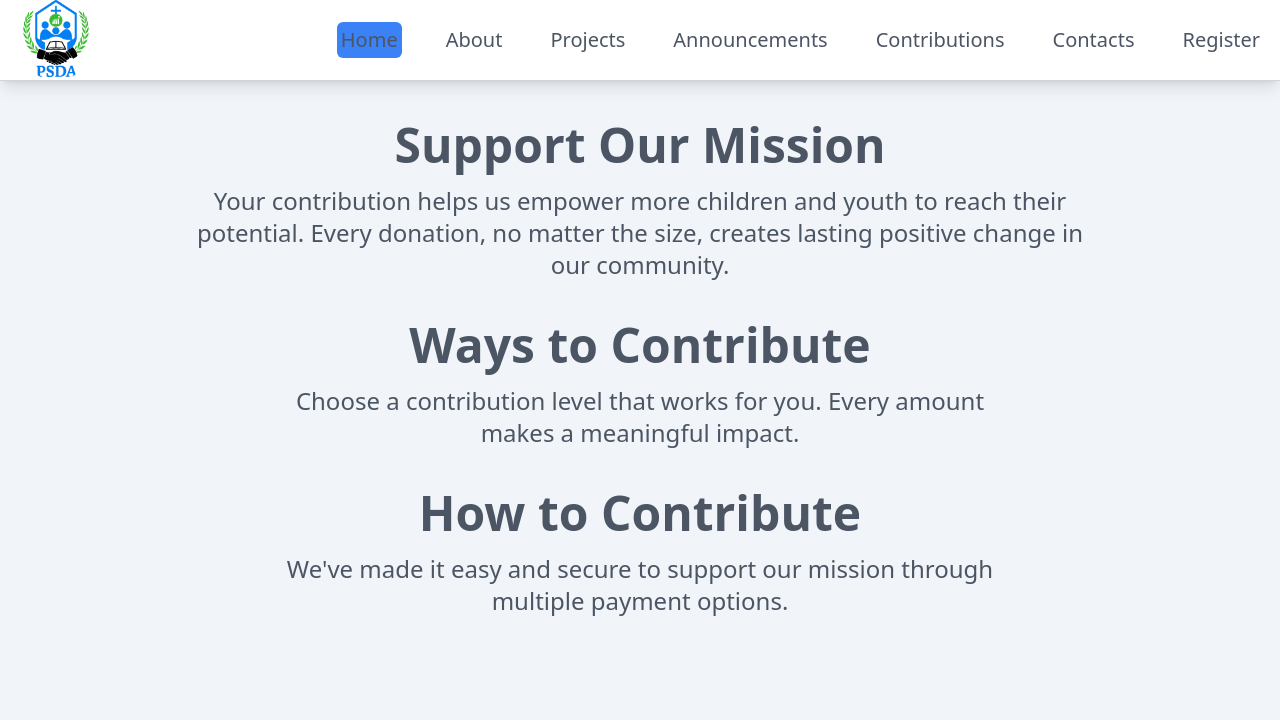
Repository: Zedestar/psda
Page: /contributions
An editor plug-in stored every save of this project. The page is shown before and after the next save, followed by the edit.
The browser window is 1280 px wide. The pictures show the whole page.
An inner scrolling area shows only its first screen. The project was rebuilt for these pictures with package versions that can differ from the ones it lists, and the page was loaded fresh each time. Also part of the build but not shown: src/components/cards/primary-card.jsx, src/components/cards/two-lines-card.jsx, src/components/button/full-rounded-button.jsx, src/components/homepic/index.jsx, src/pages/home/what-we-do.js, src/pages/home/home.jsx, src/components/cards/leaders-card.jsx, src/components/cards/secondary-card.jsx and 19 more.

Above is the page before, as saved 2025-07-21 20:46:41.

After the next save:
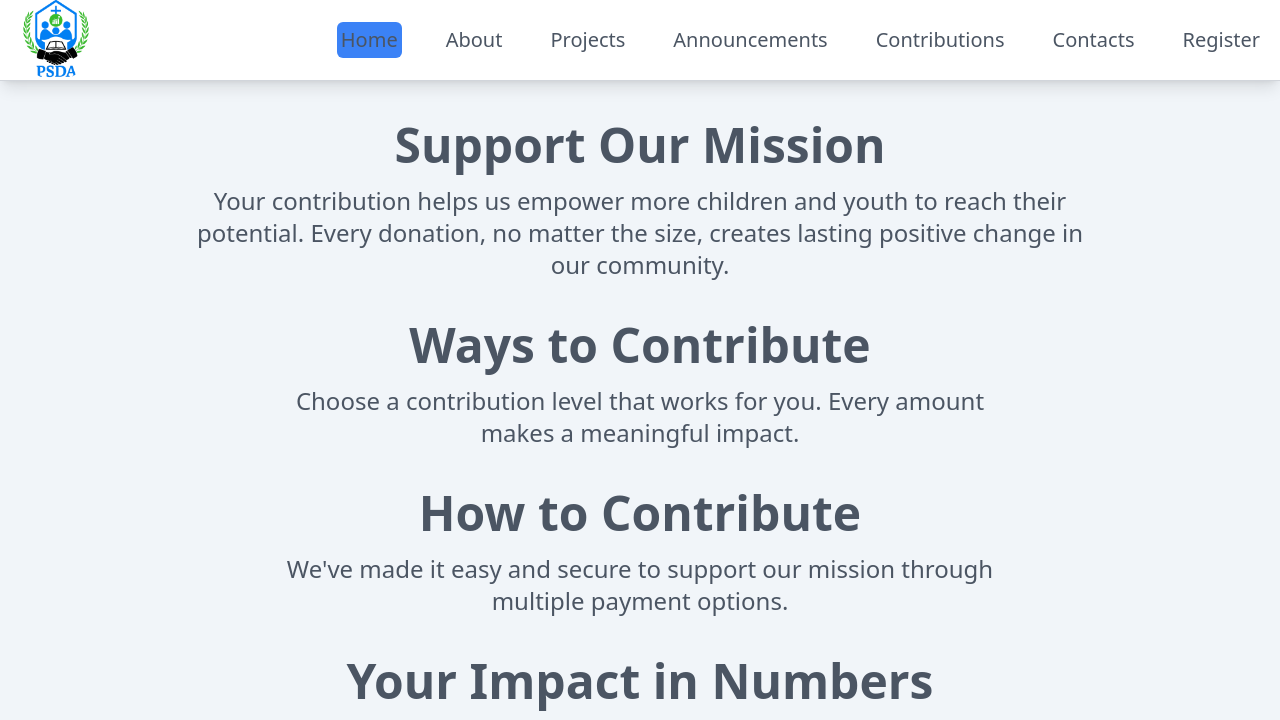
Saved 12 s later.
--- a/src/pages/contirbutions/contributions.jsx
+++ b/src/pages/contirbutions/contributions.jsx
@@ -1,6 +1,7 @@
 import FaceCard from "../../components/cards/face-card";
 import Container from "../../components/container/index";
 import how_to_contribute_data from "./how_to_contribute_data";
+import how_contribution_impacted_community_data from "./impact_data";
 import support_out_mission_data from "./support_out_mission_data";
 import way_to_contribute_data from "./way_to_contribute_data";
 
@@ -16,6 +17,9 @@ function Contributions() {
       {how_to_contribute_data.map((item) => (
         <FaceCard item={item} />
       ))}
+      {how_contribution_impacted_community_data.map((item) => (
+        <FaceCard item={item} />
+      ))}
     </Container>
   );
 }
